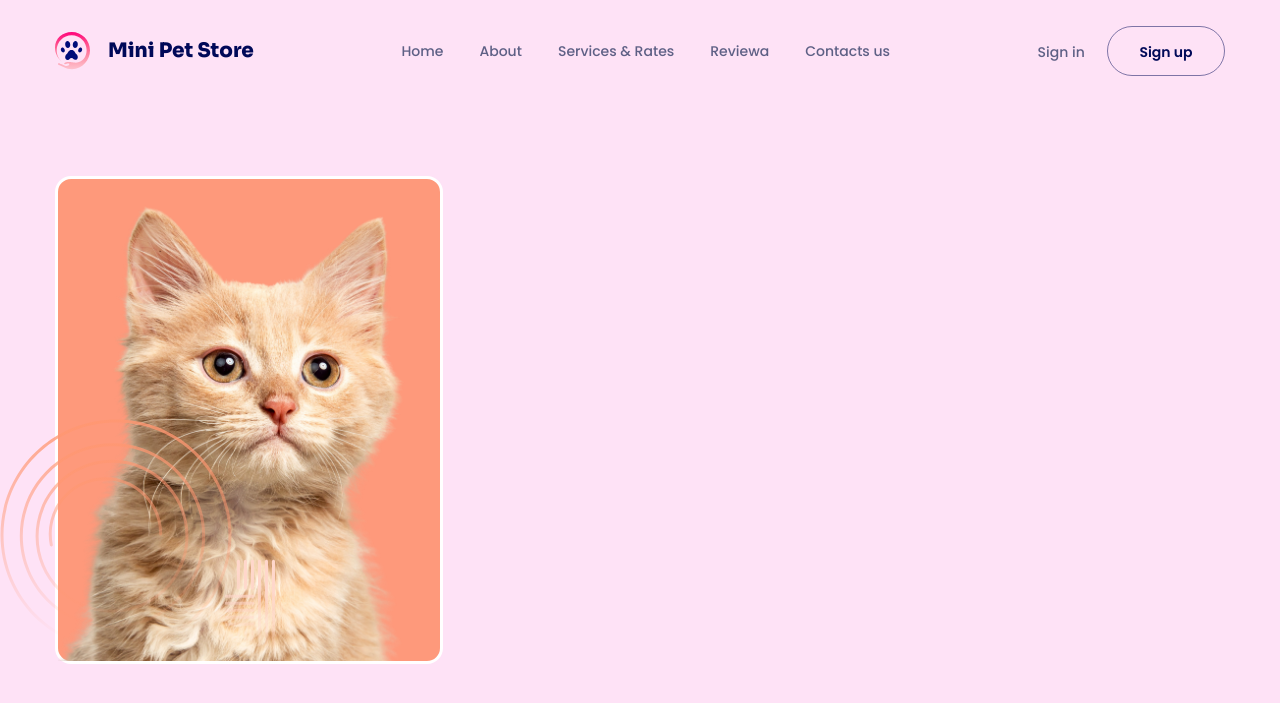
Repository: Tran-Dat/ASM-HTML5-F8-04
Page: index.html
These files come from the project's save history. The page is drawn as it stood at one moment and after the next save; the edit follows.
The browser window is 1280 px wide. The pictures show the whole page.

Above is the page before, as saved 2023-06-12 16:01:31.

### index.html
<!DOCTYPE html>
<html lang="en">
    <head>
        <meta charset="UTF-8" />
        <meta name="viewport" content="width=device-width, initial-scale=1.0" />
        <title>PS27621-TranTanDat-ASM</title>

        <!-- favicon -->
        <link
            rel="apple-touch-icon"
            sizes="57x57"
            href="./assets/favicon/apple-icon-57x57.png"
        />
        <link
            rel="apple-touch-icon"
            sizes="60x60"
            href="./assets/favicon/apple-icon-60x60.png"
        />
        <link
            rel="apple-touch-icon"
            sizes="72x72"
            href="./assets/favicon/apple-icon-72x72.png"
        />
        <link
            rel="apple-touch-icon"
            sizes="76x76"
            href="./assets/favicon/apple-icon-76x76.png"
        />
        <link
            rel="apple-touch-icon"
            sizes="114x114"
            href="./assets/favicon/apple-icon-114x114.png"
        />
        <link
            rel="apple-touch-icon"
            sizes="120x120"
            href="./assets/favicon/apple-icon-120x120.png"
        />
        <link
            rel="apple-touch-icon"
            sizes="144x144"
            href="./assets/favicon/apple-icon-144x144.png"
        />
        <link
            rel="apple-touch-icon"
            sizes="152x152"
            href="./assets/favicon/apple-icon-152x152.png"
        />
        <link
            rel="apple-touch-icon"
            sizes="180x180"
            href="./assets/favicon/apple-icon-180x180.png"
        />
        <link
            rel="icon"
            type="image/png"
            sizes="192x192"
            href="./assets/favicon/android-icon-192x192.png"
        />
        <link
            rel="icon"
            type="image/png"
            sizes="32x32"
            href="./assets/favicon/favicon-32x32.png"
        />
        <link
            rel="icon"
            type="image/png"
            sizes="96x96"
            href="./assets/favicon/favicon-96x96.png"
        />
        <link
            rel="icon"
            type="image/png"
            sizes="16x16"
            href="./assets/favicon/favicon-16x16.png"
        />
        <link rel="manifest" href="./assets/favicon/manifest.json" />
        <meta name="msapplication-TileColor" content="#ffffff" />
        <meta
            name="msapplication-TileImage"
            content="./assets/favicon/ms-icon-144x144.png"
        />
        <meta name="theme-color" content="#ffffff" />

        <!-- reset css -->
        <link rel="stylesheet" href="./assets/css/reset.css" />

        <!-- Font gg -->
        <link rel="preconnect" href="https://fonts.googleapis.com" />
        <link rel="preconnect" href="https://fonts.gstatic.com" crossorigin />
        <link
            href="https://fonts.googleapis.com/css2?family=Poppins:wght@300;400;500;600&family=Sora:wght@600;700;800&display=swap"
            rel="stylesheet"
        />

        <!-- styles css -->
        <link rel="stylesheet" href="./assets/css/styles.css" />
    </head>
    <body>
        <!-- Header -->
        <header class="header">
            <div class="container">
                <div class="header__inner">
                    <!-- Logo -->
                    <div class="header-logo">
                        <img src="./assets/img/logo.svg" alt="" class="logo" />
                        <h1 class="header-logo__title">
                            <a href="#!">Mini Pet Store</a>
                        </h1>
                    </div>

                    <!-- navbar -->
                    <nav class="navbar">
                        <ul class="navbar__list">
                            <li class="navbar__item">
                                <a href="#" class="navbar__link">Home</a>
                            </li>
                            <li class="navbar__item">
                                <a href="#" class="navbar__link">About</a>
                            </li>
                            <li class="navbar__item">
                                <a href="#" class="navbar__link"
                                    >Services & Rates</a
                                >
                            </li>
                            <li class="navbar__item">
                                <a href="#" class="navbar__link">Reviewa</a>
                            </li>
                            <li class="navbar__item">
                                <a href="#" class="navbar__link">Contacts us</a>
                            </li>
                        </ul>
                    </nav>

                    <!-- header action -->
                    <div class="header-action">
                        <a href="" class="header-action__link">Sign in</a>
                        <a href="" class="btn header-action__btn">Sign up</a>
                    </div>
                </div>
            </div>
        </header>

        <!-- Hero -->
        <section class="hero">
            <div class="container">
                <div class="hero__inner">
                    <!-- hero media -->
                    <div class="hero__media">
                        <div class="hero__img-wrap">
                            <img
                                src="./assets/img/pet-01.png"
                                alt=""
                                class="hero__img"
                            />

                            <!-- Decorators -->
                            <img
                                src="./assets/img/decor-01.svg"
                                alt=""
                                class="hero__decor hero__decor-left"
                            />
                            <img
                                src="./assets/img/decor-02.svg"
                                alt=""
                                class="hero__decor hero__decor-right"
                            />
                        </div>
                    </div>

                    <!-- hero content -->
                    <section class="hero__content"></section>
                </div>
            </div>
        </section>
    </body>
</html>

### assets/css/styles.css
* {
    box-sizing: border-box;
}

html {
    font-size: 62.5%;
}

body {
    font-size: 1.6rem;
    font-family: "Poppins", sans-serif;
    background: #fee2f6;
}

/* ============================ common ============================ */

a {
    text-decoration: none;
}

h1,
h2,
h3,
h4,
h5,
h6 {
    font-family: "Sora", sans-serif;
}

input,
textarea,
select,
button {
    font-size: inherit;
    font-family: inherit;
}

.container {
    width: 1170px;
    max-width: calc(100% - 48px);
    margin: 0 auto;
}

.btn {
    --height: 56px;

    display: inline-block;
    min-width: 130px;
    height: var(--height);
    line-height: var(--height);
    border: 1px solid #00095880;
    border-radius: 99px;

    font-weight: 600;
    font-size: 1.4rem;

    text-align: center;
    color: #000958;
}

.btn:hover {
    opacity: 0.9;
}

/* =============== Header =============== */

.header {
    padding: 26px 0;
}

.header__inner {
    display: flex;
    align-items: center;
    justify-content: space-between;
}

.header-logo {
    display: flex;
    align-items: center;
}

.header-logo__title a {
    padding: 8px 18px;
    font-weight: 800;
    font-size: 20px;
    color: #000958;
}

.navbar__list {
    display: flex;
}

.navbar__link,
.header-action__link {
    padding: 8px 18px;
    font-weight: 500;
    font-size: 1.4rem;
    line-height: 1;
    color: #5e6085;
}

.navbar__link:hover {
    color: #000958;
    text-shadow: 1px 0 0 currentColor;
}

.header-action__btn {
    --height: 50px;

    min-width: 118px;
}

/* =============== Hero =============== */
.hero {
    margin-top: 74px;
}

.hero__inner {
    display: flex;
    align-items: center;
    justify-content: space-between;
}

.hero__img-wrap {
    z-index: 2;
    position: relative;
    display: flex;
    align-items: flex-end;
    justify-content: center;
    width: 388px;
    height: 488px;
    background: #fe997b;
    border-radius: 16px;
    border: 3px solid #fff;
}

.hero__img {
    max-width: 100%;
    max-height: 100%;
}

.hero__decor {
    z-index: 3;
    position: absolute;
}

.hero__decor-left {
    left: -58px;
    bottom: 10px;
}

Loaded but not shown: assets/css/reset.css (common file)

After the next save:
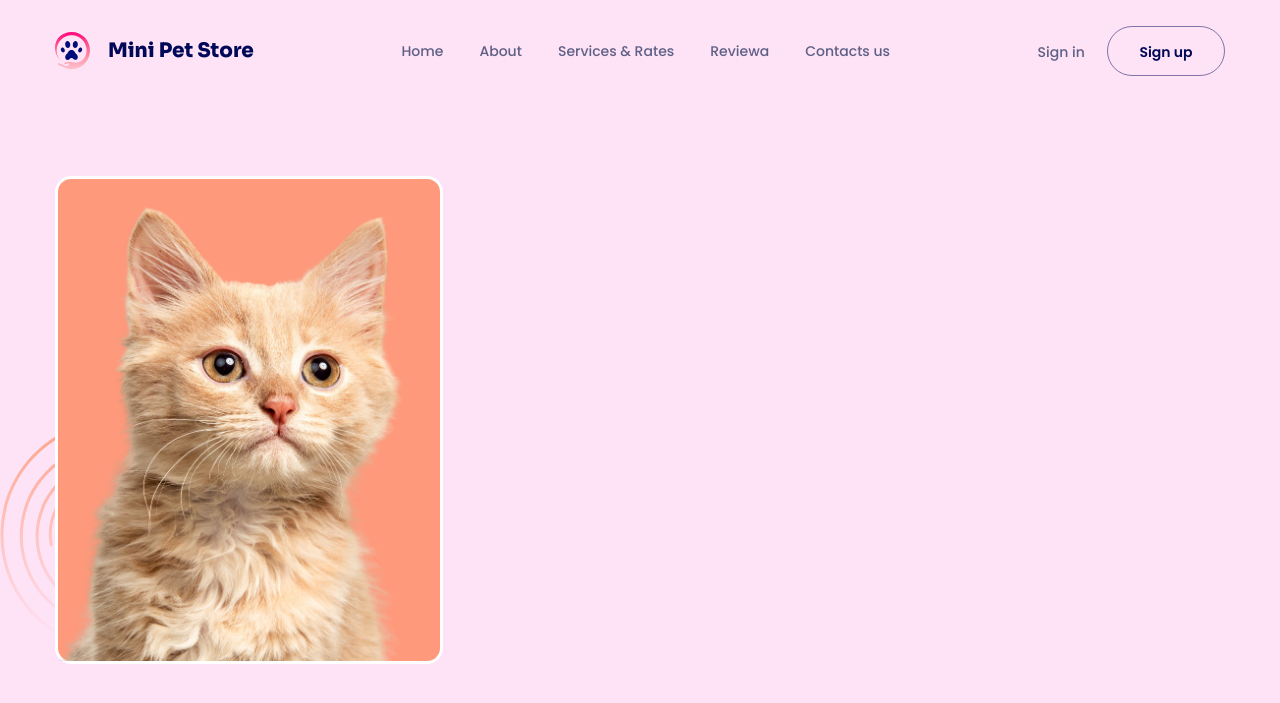
Saved 9 s later.
--- a/assets/css/styles.css
+++ b/assets/css/styles.css
@@ -122,7 +122,6 @@
 }
 
 .hero__img-wrap {
-    z-index: 2;
     position: relative;
     display: flex;
     align-items: flex-end;
@@ -140,7 +139,7 @@
 }
 
 .hero__decor {
-    z-index: 3;
+    z-index: -1;
     position: absolute;
 }
 
